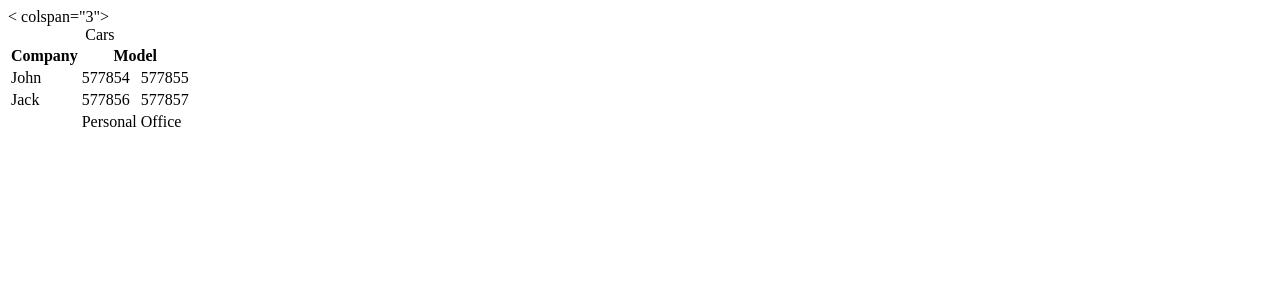
Repository: vgoins-RA2022/HTML-2
Page: index.html
An editor plug-in stored every save of this project. The page is shown before and after the next save, followed by the edit.
The browser window is 1280 px wide. The pictures show the whole page.

Above is the page before, as saved 2023-01-10 18:20:56.

### index.html
<!DOCTYPE html>
<html lang="en">

<head>
  <meta charset="UTF-8">
  <meta name="viewport" content="width=device-width, initial-scale=1">
  <link rel="stylesheet" href="..\\HTML-2\\src\\css\\Style.css" type="text/css">
  <title>HTML Table Assignment 2</title>
</head>

 <header>
    </header>

<body>
  <table><caption>Cars</caption>
    <thead>
    <tr>
      <th>Company</th>
      <th colspan="2">Model</th>
      < colspan="3"></colspan></th>
    </tr>
    </thead>
    <tbody>
    <tr>
      <td>John</td>
      <td>577854</td>
      <td>577855</td>
    </tr>
    <tr>
      <td>Jack</td>
      <td>577856</td>
      <td>577857</td>
    </tr>
    </tbody>
    <tfoot>
    <tr>
      <td>&nbsp;</td>
      <td>Personal</td>
      <td>Office</td>
    </tr>
    </tfoot>
    </table>
</body>



</html>

Loaded but not shown: src/css/Style.css (no stored copy; drawn as an empty file)

After the next save:
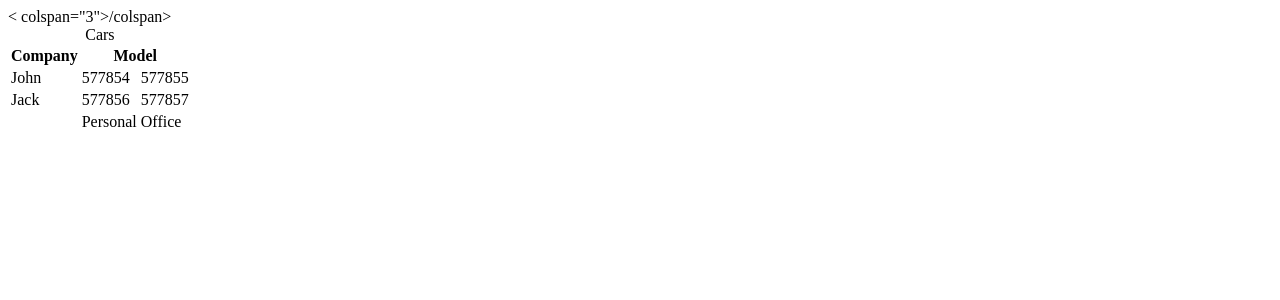
Saved 16 s later.
--- a/index.html
+++ b/index.html
@@ -17,7 +17,7 @@
     <tr>
       <th>Company</th>
       <th colspan="2">Model</th>
-      < colspan="3"></colspan></th>
+      < colspan="3">/colspan></th>
     </tr>
     </thead>
     <tbody>
